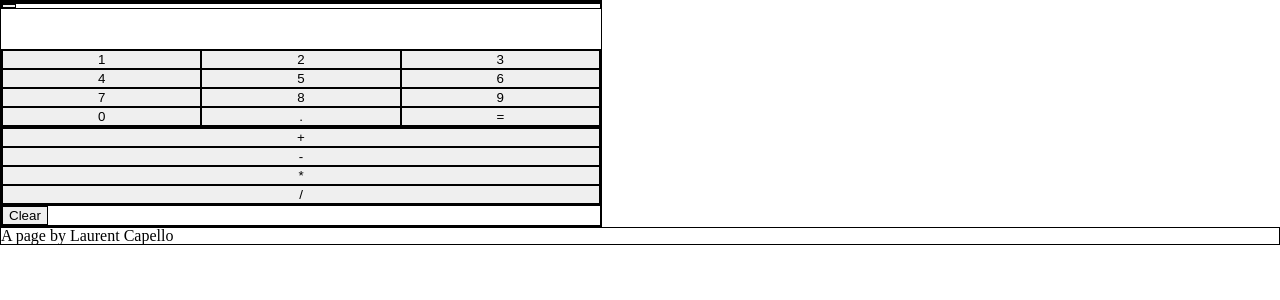
Repository: sokafootball/js-calculator
Page: index.html
An editor plug-in stored every save of this project. The page is shown before and after a run of saves, followed by the edit.
The browser window is 1280 px wide. The pictures show the whole page.

Above is the page before, as saved 2020-04-25 11:44:20.

After the next 2 saves:
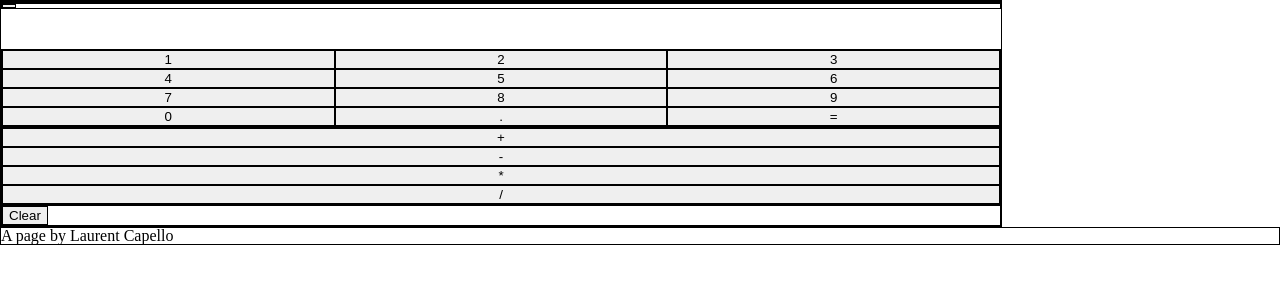
The 2 saves are shown as one change because they came seconds apart.
The last was saved 115 s later.
--- a/style.css
+++ b/style.css
@@ -15,7 +15,7 @@
 }
 
 #calculator{
-  width: 600px;
+  width: 1000px;
 }
 
 #calc-mid{
